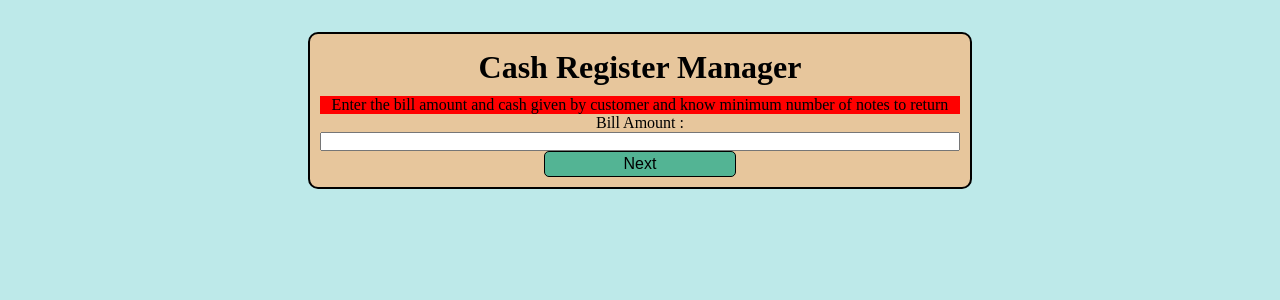
Repository: patelamancode/Cash-register-manager-app
Page: index.html
The author's editor kept a copy of each file at every save. The page is drawn from the files as they stood at one save, then again after the next save.
The browser window is 1280 px wide. The pictures show the whole page.

Above is the page before, as saved 2022-11-18 15:49:56.

After the next save:
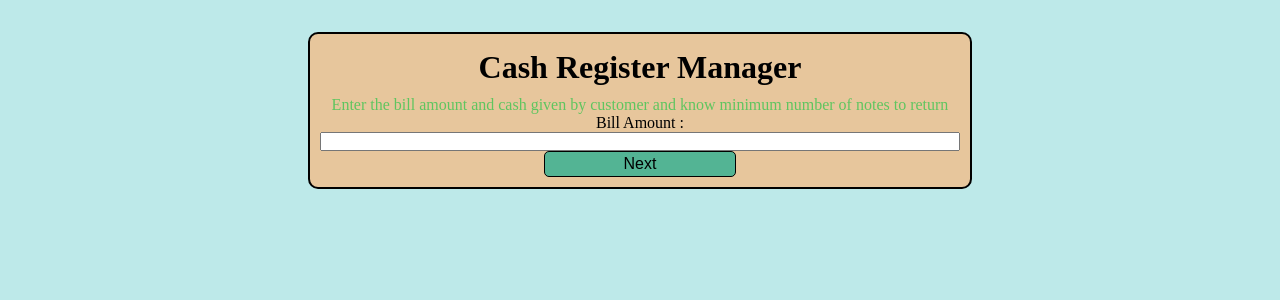
Saved 52 s later.
--- a/index.css
+++ b/index.css
@@ -26,8 +26,8 @@ h1{
 }
 
 #description{
-    background-color: red;
     font-size: 1rem;
+    color: rgb(95, 197, 95);
 }
 
 button{
